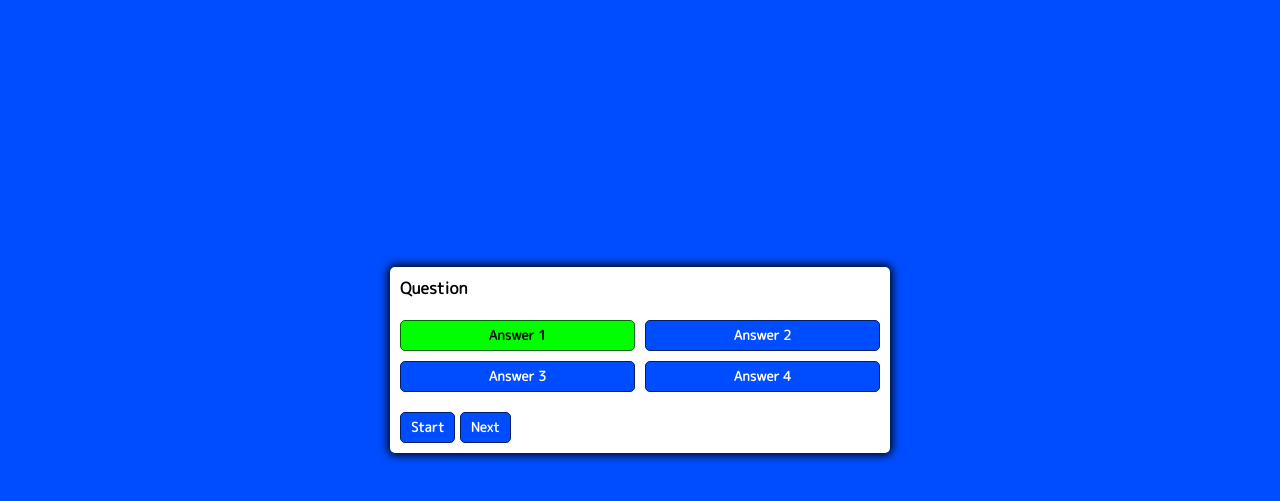
Repository: spidero7/Star-Wars_Quiz-Game
Page: index.html
These files come from the project's save history. The page is drawn as it stood at one moment and after the next save; the edit follows.
The browser window is 1280 px wide. The pictures show the whole page.
The pointer rests on the first visible `.btn`.

Above is the page before, as saved 2021-08-29 08:16:37.

### index.html
<!DOCTYPE html>
<html lang="en">
<head>
    <meta charset="UTF-8">
    <meta http-equiv="X-UA-Compatible" content="IE=edge">
    <meta name="viewport" content="width=device-width, initial-scale=1.0">
    <title>Quiz Game</title>
    <link rel="preconnect" href="https://fonts.googleapis.com">
    <link rel="preconnect" href="https://fonts.gstatic.com" crossorigin>
    <link href="https://fonts.googleapis.com/css2?family=M+PLUS+Rounded+1c&display=swap" rel="stylesheet">
    <link rel="stylesheet" href="style.css">
</head>
<body>

    <div class="container">
        <div id="question-container" class="hide">
            <div id="question">Question</div>
            <div id="answer-buttons" class="btn-grid">
                <button class="btn correct">Answer 1</button>
                <button class="btn">Answer 2</button>
                <button class="btn">Answer 3</button>
                <button class="btn">Answer 4</button>
            </div>
        </div>
        <div id="control-panel">
            <button class="btn" id="start-btn">Start</button>
            <button class="btn hide" id="next-btn">Next</button>
        </div>
    </div>


    <script src="app.js"></script>
</body>
</html>

### style.css
*, *::after, *::before {
    box-sizing: border-box;
    font-family: 'M PLUS Rounded 1c', sans-serif;
    font-weight: bold;
}

:root {
    --hue-normal: 222;
    --hue-correct: 120;
    --hue-wrong: 0;
}

body {
    --hue: var(--hue-normal);
    padding: 0;
    margin: 0;
    display: flex;
    width: 100vw;
    height: 100vh;
    justify-content: center;
    align-items: center;
    background-color: hsl(var(--hue), 100%, 50%);
}

body.correct {
    --hue: var(--hue-correct);
}

body.wrong {
    --hue: var(--hue-wrong);
}

.container {
    width: 500px;
    max-width: 80%;
    background-color: white;
    border-radius: 5px;
    padding: 10px;
    box-shadow: 0 0 10px 2px;
}

.btn-grid {
    display: grid;
    grid-template-columns: repeat(2, auto);
    gap: 10px;
    margin: 20px 0;
}

.btn {
    --hue: var(--hue-normal);
    background-color: hsl(var(--hue), 100%, 50%);
    border: 1px solid hsl(var(--hue), 100%, 20%);
    color: white;
    border-radius: 5px;
    padding: 5px 10px;
    outline: none;
}

.btn:hover {
    bor
}

.btn.correct {
    --hue: var(--hue-correct);
    color: black;
}

.btn.wrong {
    --hue: var(--hue-wrong);
}

Loaded but not shown: app.js (no copy from this time; the picture is the same without it)

After the next save:
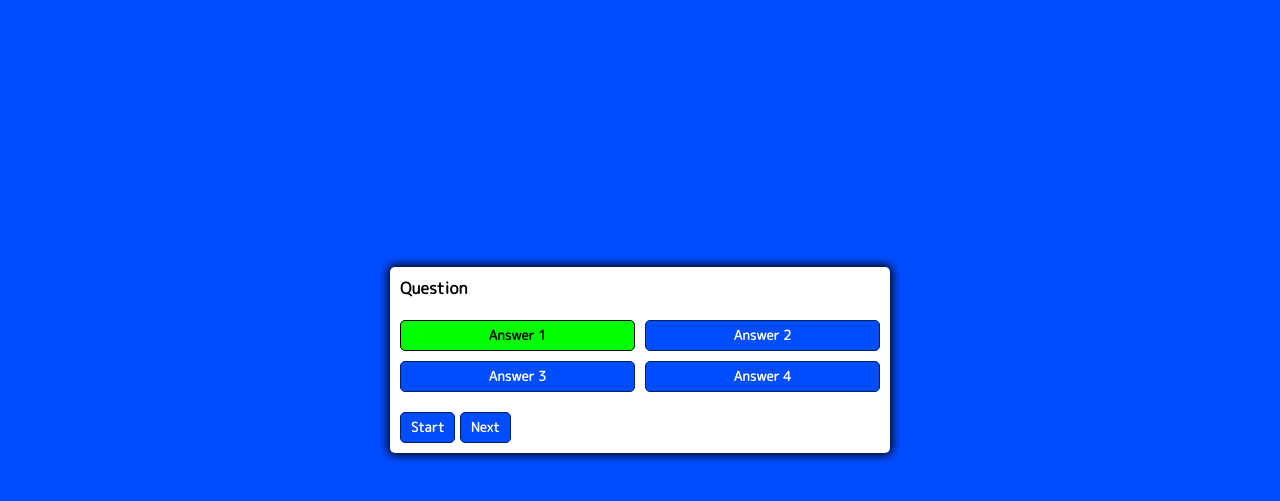
Saved 4 s later.
--- a/style.css
+++ b/style.css
@@ -57,7 +57,7 @@ body.wrong {
 }
 
 .btn:hover {
-    bor
+    border-color: black;
 }
 
 .btn.correct {
